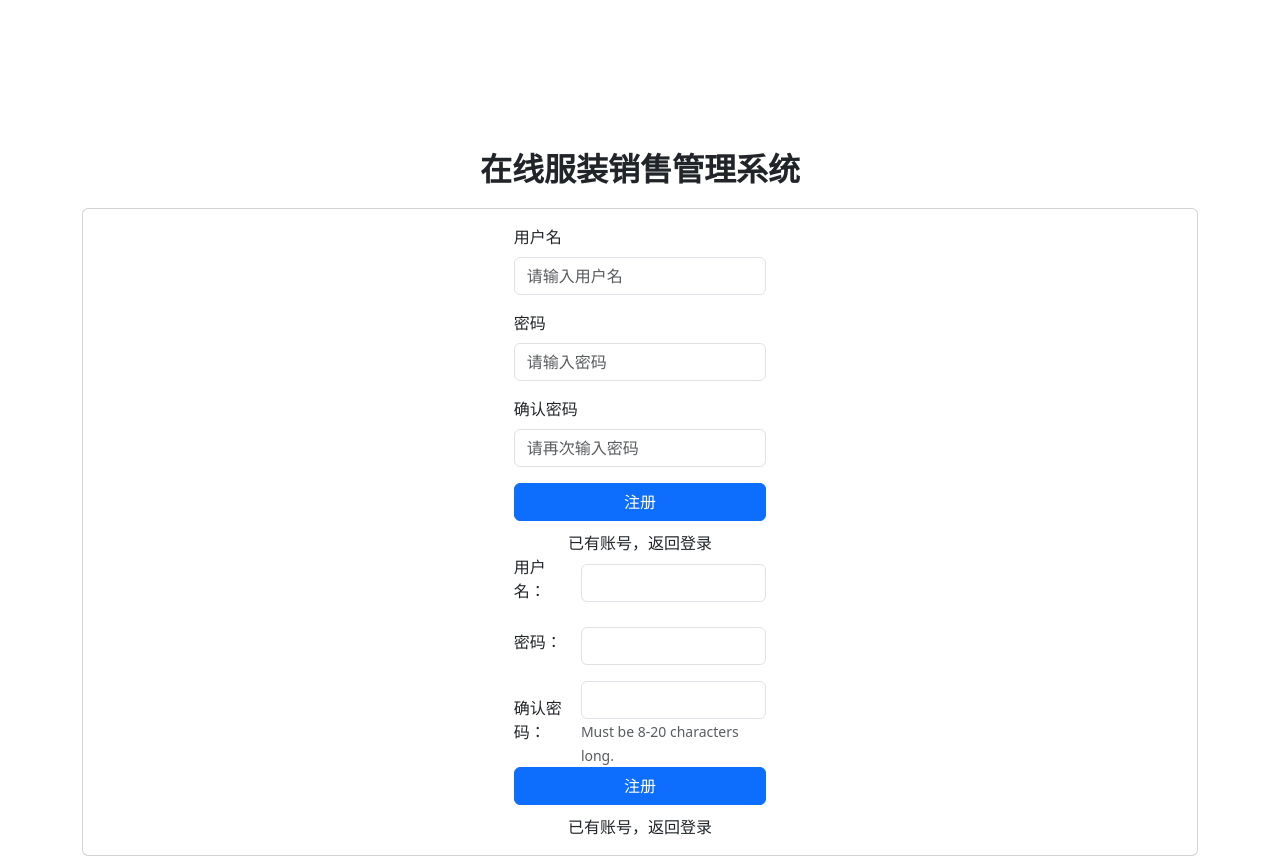
Repository: squawktop/CFS
Page: /user/register (app in web/)
An editor plug-in stored every save of this project. The page is shown before and after the next save, followed by the edit.
The browser window is 1280 px wide. The pictures show the whole page.
The project was rebuilt for these pictures with package versions that can differ from the ones it lists, and the page was loaded fresh each time. Also part of the build but not shown: web/vue.config.js, web/src/views/LoginView.vue, web/src/components/NavBar.vue, web/src/views/HomeView.vue, web/src/views/UsersManageView.vue, web/src/views/PersonalCenterView.vue, web/src/views/GoodsManageView.vue, web/src/views/OrdersManageView.vue and 1 more.

Above is the page before, as saved 2024-03-23 18:32:12.

### web/src/App.vue
<template>
  <RouterView></RouterView>
</template>

<script>


// 导入bootstrap
import "bootstrap/dist/css/bootstrap.min.css"
import "bootstrap/dist/js/bootstrap"
// import { ref } from "vue";

// import $ from 'jquery';
export default {
  components: {

  }
  ,
  setup() {
    // const user_id = ref("");
    // const username = ref("");
    // const password = ref("");

    // $.ajax({
    //   type: "get",
    //   url: "http://127.0.0.1:3000/user/getlist",
    //   success(resp) {
    //     user_id.value = resp[0].id;
    //     username.value = resp[0].username;
    //     password.value = resp[0].password;

    //   },
    //   error() {
    //     this.user_id = "error"
    //   }
    // })




    return {

    }
  }

}

</script>

<style></style>

### web/src/router/index.js
import { createRouter, createWebHistory } from 'vue-router'
// import HomeView from '../views/HomeView.vue'
import LoginView from '../views/LoginView.vue'
import RegisterView from '../views/RegisterView.vue'
import HomeView from '../views/HomeView.vue'
import UsersManageView from '../views/UsersManageView.vue'
import PersonalCenterView from '../views/PersonalCenterView.vue'
import GoodsManageView from '../views/GoodsManageView.vue'
import OrdersManageView from '../views/OrdersManageView.vue'
import NotFound from '../views/NotFoundView.vue'
import store from '@/store/index'

const routes = [
  {
    path: '/',
    name: 'home',
    component: HomeView,
    // redirect: "/user/register",
    meta: { //该页面是否需要授权      //随便写， 也可以设置为   flag : true;
      requestAuth: true,
    }
  },

  {
    path: '/user/login',
    name: 'user_login',
    component: LoginView,
    meta: {
      requestAuth: false,
    }
  },

  {
    path: '/user/register',
    name: 'user_register',
    component: RegisterView,
    meta: { //该页面是否需要授权
      requestAuth: false,
    }
  },
  {
    path: '/user/personalcenter',
    name: 'personal_center',
    component: PersonalCenterView,
    meta: { //该页面是否需要授权
      requestAuth: true,
    }
  },

  {
    path: '/user/usermanage',
    name: 'user_manage',
    component: UsersManageView,
    meta: { //该页面是否需要授权
      requestAuth: true,
    }
  }
  ,
  {
    path: '/goods/manage',
    name: 'goods_manage',
    component: GoodsManageView,
    meta: { //该页面是否需要授权
      requestAuth: true,
    }
  }, {
    path: '/orders/manage',
    name: 'orders_manage',
    component: OrdersManageView,
    meta: { //该页面是否需要授权
      requestAuth: true,
    }
  },


  {
    path: "/404/",
    name: "404",
    component: NotFound
  },
  {
    path: "/:catchAll(.*)",
    redirect: "/404/",  //页面重定向到404
  }
]

const router = createRouter({
  history: createWebHistory(),
  routes
})

router.beforeEach((to, from, next) => {
  if (to.meta.requestAuth && !store.state.user.is_login) {
    next({ name: "user_login" });
  } else {
    next();
  }
})

export default router

### web/src/store/index.js
import { createStore } from 'vuex'
import ModuleUser from '@/store/user'

export default createStore({
  state: {
  },
  getters: {
  },
  mutations: {
  },
  actions: {
  },
  modules: {
    user: ModuleUser,
  }
})

### web/src/views/RegisterView.vue
<template>
    <div class="background">
        <h2>在线服装销售管理系统</h2>
        <ContentField>
            <div class="row justify-content-md-center">
                <div class="col-3">
                    <form @submit.prevent="register">
                        <div class="mb-3">
                            <label for="username" class="form-label">用户名</label>
                            <input v-model="username" type="text" class="form-control" id="username"
                                placeholder="请输入用户名" />
                        </div>
                        <div class="mb-3">
                            <label for="password" class="form-label">密码</label>
                            <input v-model="password" type="password" class="form-control" id="password"
                                placeholder="请输入密码" />
                        </div>
                        <div class="mb-3">
                            <label for="confirmedPassword" class="form-label">确认密码</label>
                            <input v-model="confirmedPassword" type="password" class="form-control"
                                id="confirmedPassword" placeholder="请再次输入密码" />
                        </div>
                        <div class="error-message">{{ error_message }} </div>
                        <button type="submit" class="btn btn-primary">注册</button>
                        <div class="tip" @click="loginview">已有账号，返回登录</div>




                        <div class="row g-3 align-items-center">
                            <div class="col-sm-3">
                                <label for="username" class="form-label">用户名：</label>
                            </div>
                            <div class="col-sm-9">
                                <input type="text" id="username" class="form-control">
                            </div>

                            <div class="col-sm-3">
                                <label for="password" class="form-label">密码：</label>
                            </div>
                            <div class="col-sm-9">
                                <input type="password" id="password" class="form-control">
                            </div>

                            <div class="col-sm-3">
                                <label for="confirmedPassword" class="form-label">确认密码：</label>
                            </div>
                            <div class="col-sm-9">
                                <input type="password" id="confirmedPassword" class="form-control">
                                <span id="passwordHelpInline" class="form-text text-muted">
                                    Must be 8-20 characters long.
                                </span>
                            </div>
                        </div>

                        <button type="submit" class="btn btn-primary">注册</button>
                        <div class="tip" @click="loginview">已有账号，返回登录</div>



                    </form>
                </div>
            </div>
        </ContentField>
    </div>

</template>

<script>
import ContentField from "@/components/ContentField.vue";
import { ElMessage } from 'element-plus'
import { ref } from 'vue'
import router from "@/router/index";
import $ from 'jquery'

export default {
    components: {
        ContentField,
    },
    setup() {
        let username = ref('');
        let password = ref('');
        let confirmedPassword = ref('');
        let error_message = ref('');

        const register = () => {
            $.ajax({
                url: "http://127.0.0.1:3000/api/user/account/register/",
                type: "post",
                data: {
                    username: username.value,
                    password: password.value,
                    confirmedPassword: confirmedPassword.value,
                },
                success(resp) {
                    if (resp.error_message === 'success') {
                        ElMessage.success("注册成功，请登录");
                        router.push({ name: "user_login" });
                    } else {
                        error_message.value = resp.error_message;
                    }
                }
            })
        }

        const loginview = () => {
            router.push({ name: "user_login" });
        }

        return {
            username,
            password,
            confirmedPassword,
            error_message,
            register,
            loginview,
        }
    }
};
</script>

<style scoped>
h2 {

    text-align: center;
    margin-top: 150px;
    font-weight: bold;
}

button {
    width: 100%;
}

div.error-message {
    color: red;
}

.tip {
    cursor: pointer;
    text-align: center;
    margin-top: 10px;

}

.tip:hover {
    text-decoration: underline;
}
</style>

### web/src/store/user.js
import router from '@/router';
import $ from 'jquery'
export default {
    state: {
        id: "",
        username: "",
        photo: "",
        token: "",
        is_login: false,
        pulling_info: true,
    },
    getters: {
    },
    mutations: {        //一般是用来修改数据的
        updateUser(state, user) {
            state.id = user.id;
            state.username = user.username;
            state.photo = user.photo;
            state.is_login = user.is_login;
        },
        updateToken(state, token) {
            state.token = token;
        },
        logout(state) {
            state.id = "";
            state.username = "";
            state.photo = "";
            state.token = "";
            state.is_login = false;
            router.push({ name: "user_login" });
        },
        updatePullingInfo(state, pulling_info) {
            state.pulling_info = pulling_info;
        },
    },

    actions: {

        login(context, data) {
            $.ajax({
                url: "http://127.0.0.1:3000/api/user/account/token/",
                type: "post",
                data: {
                    username: data.username,
                    password: data.password,
                },
                success(resp) {
                    if (resp.error_message === "success") {
                        localStorage.setItem("jwt_token", resp.token);
                        context.commit("updateToken", resp.token);
                        data.success(resp);
                    } else {
                        data.error(resp);
                    }
                },
                error(resp) {
                    data.error(resp)
                },
            });
        },
        getinfo(context, data) {
            $.ajax({
                url: "http://127.0.0.1:3000/api/user/account/info/",
                type: "get",
                headers: {
                    Authorization:
                        "Bearer " + context.state.token,
                },
                success(resp) {
                    if (resp.error_message === "success") {
                        // console.log(resp);
                        context.commit("updateUser", {
                            ...resp,
                            is_login: true,

                        });
                        data.success(resp);
                    } else {
                        data.success(resp);
                    }

                },
                error(resp) {
                    data.error(resp);
                },
            });

        },
        logout(context) {
            localStorage.removeItem("jwt_token");
            context.commit("logout")
        }
    },
    modules: {
    }
}

### web/src/components/ContentField.vue
<template>
    <div class="container content-field">
        <div class="card">
            <div class="card-body">
                <slot></slot>
            </div>
        </div>
    </div>
</template>

<script>
</script>

<style scoped>
div.content-field {
    margin-top: 20px;
}
</style>

Loaded but not shown: web/public/index.html (common file); web/src/main.js (common file)

After the next save:
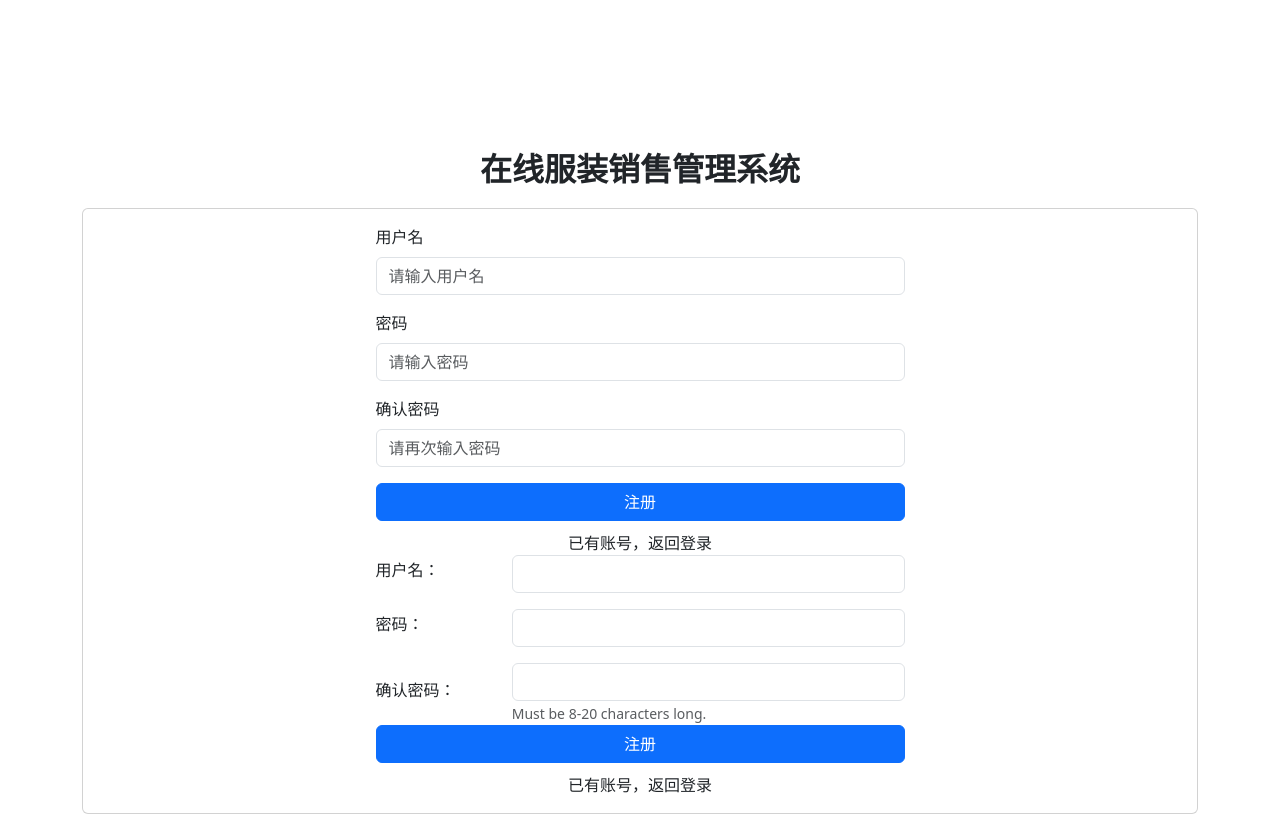
Saved 23 s later.
--- a/web/src/views/RegisterView.vue
+++ b/web/src/views/RegisterView.vue
@@ -3,7 +3,7 @@
         <h2>在线服装销售管理系统</h2>
         <ContentField>
             <div class="row justify-content-md-center">
-                <div class="col-3">
+                <div class="col-6">
                     <form @submit.prevent="register">
                         <div class="mb-3">
                             <label for="username" class="form-label">用户名</label>

After the save that followed:
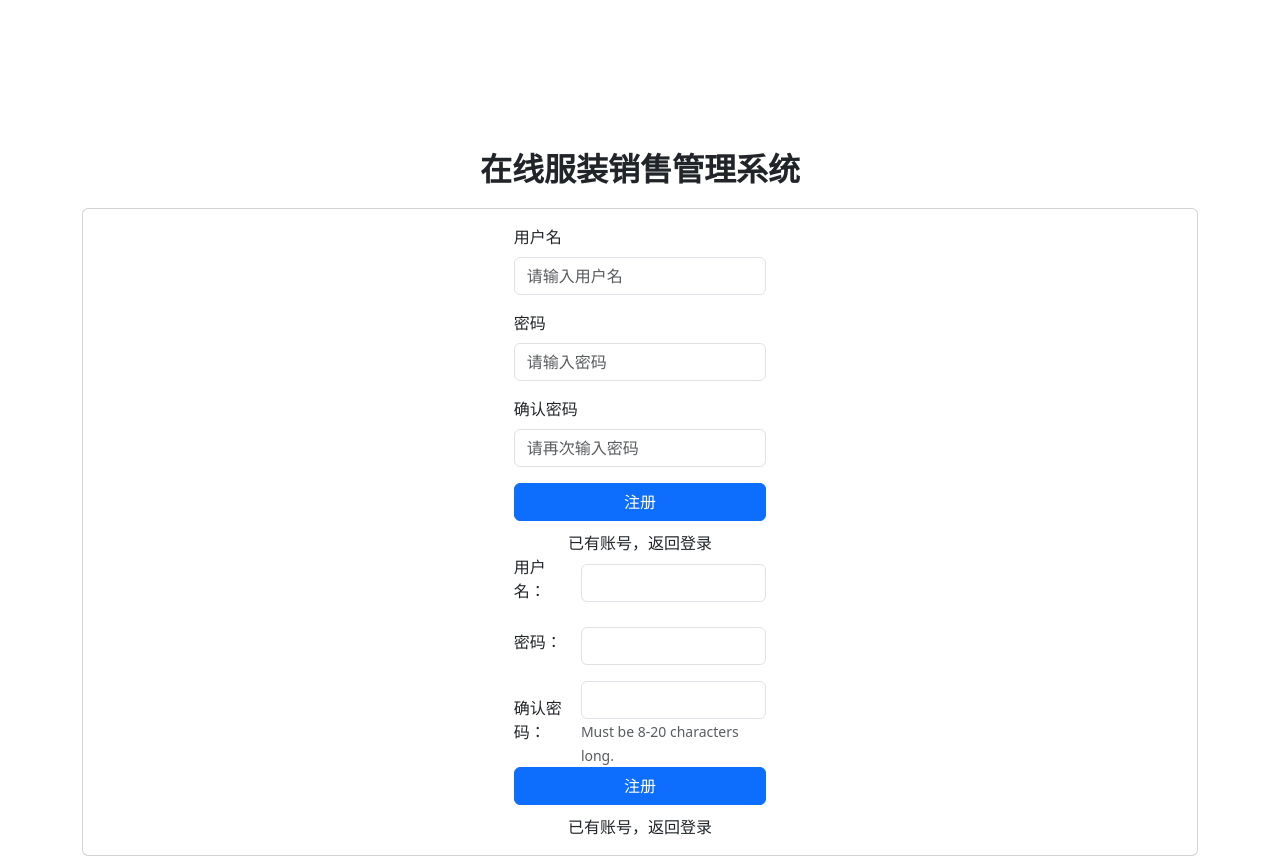
Saved 11 s later.
--- a/web/src/views/RegisterView.vue
+++ b/web/src/views/RegisterView.vue
@@ -3,7 +3,7 @@
         <h2>在线服装销售管理系统</h2>
         <ContentField>
             <div class="row justify-content-md-center">
-                <div class="col-6">
+                <div class="col-3">
                     <form @submit.prevent="register">
                         <div class="mb-3">
                             <label for="username" class="form-label">用户名</label>
